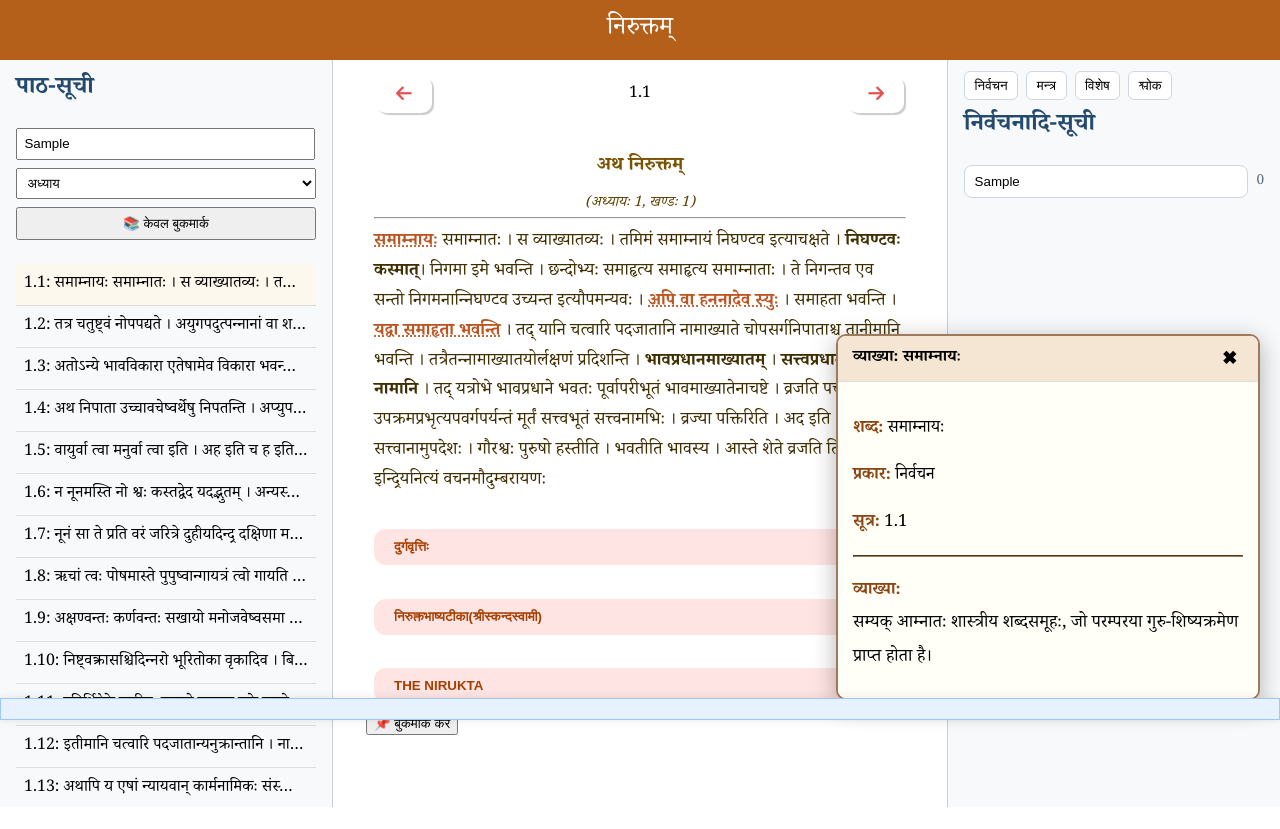
Repository: sanskritsphere/Niruktam
Page: index.html
These files come from the project's save history. The page is drawn as it stood at one moment and after the next save; the edit follows.
The browser window is 1280 px wide. The pictures show the whole page.
Empty fields were first filled with sample values (such as "Sample", 5 or name@example.com).
After loading, the first visible `#mark-\#b-0-text-0` was clicked once.
Some web fonts or font styles are not loaded; a fallback is used.

Above is the page before, as saved 2025-12-14 08:23:40.

After the next save:
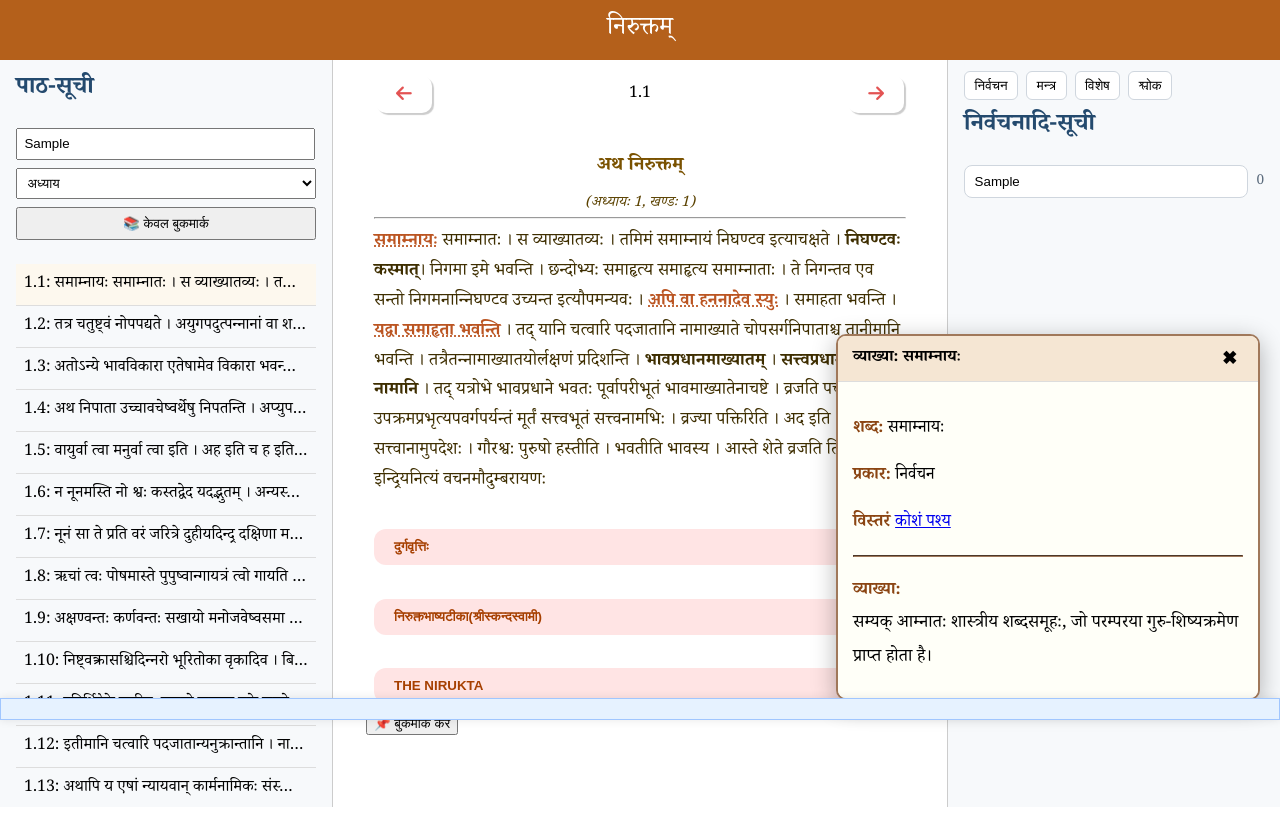
Saved 3 min 23 s later.
--- a/script.js
+++ b/script.js
@@ -605,7 +605,7 @@ document.addEventListener('DOMContentLoaded', () => {
 });
 
 
-
+// ======================================
 function showVyakhya(anchorId) {
   const panel = document.getElementById('vyakhya');
   const contentEl = document.getElementById('vyakhya-content');
@@ -645,7 +645,7 @@ function showVyakhya(anchorId) {
   contentEl.innerHTML = `
     <p><strong>शब्द:</strong> ${foundTerm.label}</p>
     <p><strong>प्रकार:</strong> ${tagLabel}</p>
-    <p><strong>सूत्र:</strong> ${sutra.index}</p>
+    <p><strong>विस्तरं </strong> ${customEntry.link}</p>
     <hr style="margin:10px 0; border-color:#a0785a;">
     <div style="font-size:1.1rem; line-height:1.9; padding:8px 0;">
       <strong>व्याख्या:</strong><br>
